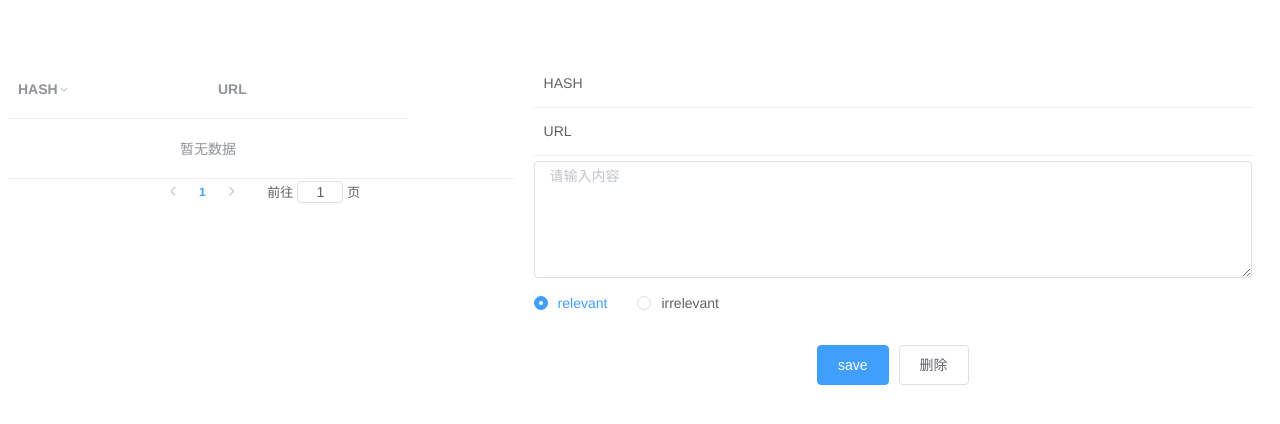
Repository: NicoleGX/TI
Page: /
An editor plug-in stored every save of this project. The page is shown before and after the next save, followed by the edit.
The browser window is 1280 px wide. The pictures show the whole page.
The page's requests for data from a server got no answer. The project was rebuilt for these pictures with package versions that can differ from the ones it lists, and the page was loaded fresh each time. No one was signed in, and anything a server would have sent is missing.

Above is the page before, as saved 2019-05-29 17:03:50.

After the next save:
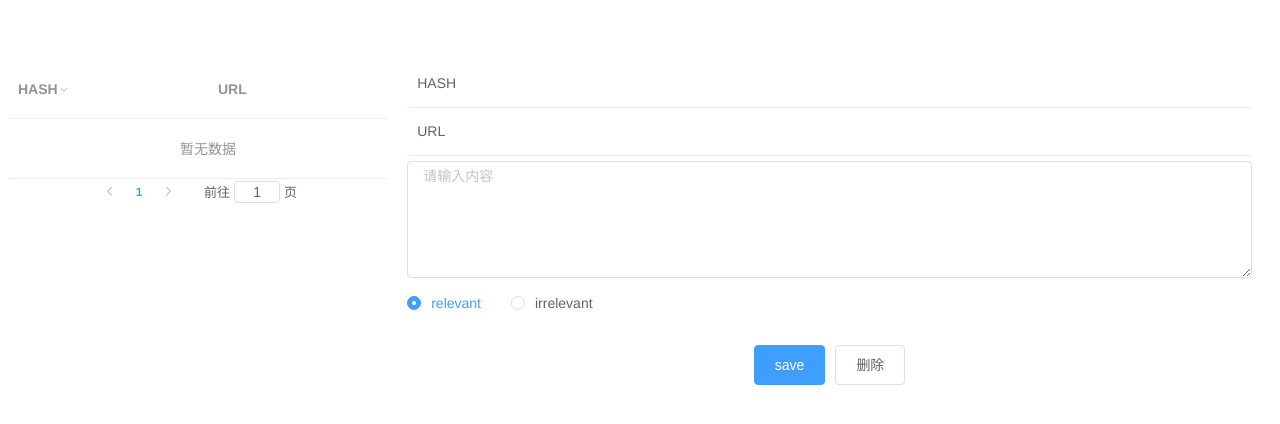
Saved 17 h 49 min later.
--- a/src/views/TextClassification.vue
+++ b/src/views/TextClassification.vue
@@ -1,6 +1,6 @@
 <template>
   <el-container>
-    <el-aside style="width: 40%">
+    <el-aside style="width: 30%">
       <el-table
         :data="tableData"
         style="width: 100%"
@@ -38,7 +38,7 @@
       </div>
     </el-aside>
 
-    <el-main style="width: 60%;padding-top: 0;padding-bottom: 0;">
+    <el-main style="width: 70%;padding-top: 0;padding-bottom: 0;">
       <el-table
         :data="formData"
         :show-header="false"
